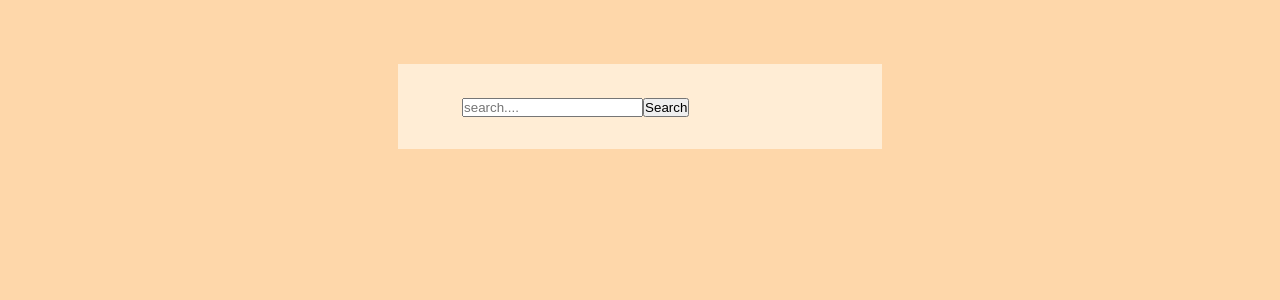
Repository: sandipkarmokar/recipeApp
Page: /
The author's editor kept a copy of each file at every save. The page is drawn from the files as they stood at one save, then again after the next save.
The browser window is 1280 px wide. The pictures show the whole page.
The project was rebuilt for these pictures with package versions that can differ from the ones it lists, and the page was loaded fresh each time.

Above is the page before, as saved 2022-04-15 16:46:41.

### src/App.js
import { useEffect, useStata, useState } from 'react';
import ListView from './components/listView';
import SearchBar from './components/searchBar';
import './App.css';

function App() {
    const [query, setQuery] = useState('');
    const [isLoading, setIsLoading] = useState(true);
    const [recipeIngredients, setRecipeIngredients] = useState([]);
    const [recipeList, setRecipeList] = useState([]);
    const [recipeId, setRecipeId] = useState();
    const [recipe, setRecipe] = useState([]);

    const url = `https://forkify-api.herokuapp.com/api/search?q=${query}`;
    const urlRecipe = `https://forkify-api.herokuapp.com/api/get?rId=${recipeId}`;

    const fetchData = async (e) => {
        e.preventDefault();
        try {
            const response = await fetch(url);
            const data = await response.json();
            setRecipeList(data.recipes);
            setIsLoading(false);
            setQuery('');
        } catch (error) {
            console.log(error);
        }
    };

    const fetchRecipe = async () => {
        try {
            const response = await fetch(urlRecipe);
            const data = await response.json();
            setRecipe(data);
            console.log(recipe, recipeId);
        } catch (error) {
            console.log(error);
        }
    };
    return (
        <div className="app">
            <div className="app-container">
                <SearchBar
                    query={query}
                    setQuery={setQuery}
                    fetchData={fetchData}
                ></SearchBar>
                <ListView
                    recipeList={recipeList}
                    setRecipeId={setRecipeId}
                    fetchRecipe={fetchRecipe}
                ></ListView>
            </div>
        </div>
    );
}

export default App;

### src/components/listView.js
import React from 'react';

const ListView = ({ recipeList, setRecipeId, fetchRecipe }) => {
    console.log(recipeList);
    const handleRecipe = (id) => {
        let numberId = parseInt(id);
        console.log(typeof numberId);
        setRecipeId(id);
        fetchRecipe();
    };

    return (
        <div className="recipeList">
            <div className="recipeList-container">
                {recipeList.map((el) => {
                    console.log(typeof el.recipe_id);
                    return (
                        <>
                            <p>{el.title}</p>
                            <img src={el.image_url} alt="" />
                            <p>{el.recipe_id}</p>
                            <p
                                onClick={() => {
                                    handleRecipe(el.recipe_id);
                                }}
                            >
                                Know More
                            </p>
                        </>
                    );
                })}
            </div>
        </div>
    );
};

export default ListView;

### src/components/searchBar.js
import React from 'react';

const SearchBar = ({ query, setQuery, fetchData }) => {
    return (
        <div className="searchBar">
            <div className="searchBar-container">
                {/* <div className="logo">FooD IT</div> */}
                <form onSubmit={fetchData} className="search">
                    <input
                        type="text"
                        placeholder="search...."
                        value={query}
                        onChange={(e) => setQuery(e.target.value)}
                    />
                    <button type="submit">Search</button>
                </form>
            </div>
        </div>
    );
};

export default SearchBar;

### src/App.css
* {
    margin: 0;
    padding: 0;
    box-sizing: border-box;
}

.app {
    height: 100vh;
    width: 100vw;
    background-color: #fed7aa;
    overflow: hidden;
    padding: 4rem;
}

.app .app-container {
    width: 70%;
    margin: 0 auto;
}
.app .app-container .searchBar {
    width: 60%;
    margin: 0 auto;
    background-color: #ffedd5;
}
.app .app-container .searchBar .searchBar-container {
    padding: 1rem 2rem;
    background-color: #ffedd5;
}
.app .app-container .searchBar .searchBar-container .search {
    padding: 1rem 2rem;
    background-color: #ffedd5;
}

Loaded but not shown: public/index.html (common file); src/index.js (common file); src/index.css (common file); src/reportWebVitals.js (common file)

After the next save:
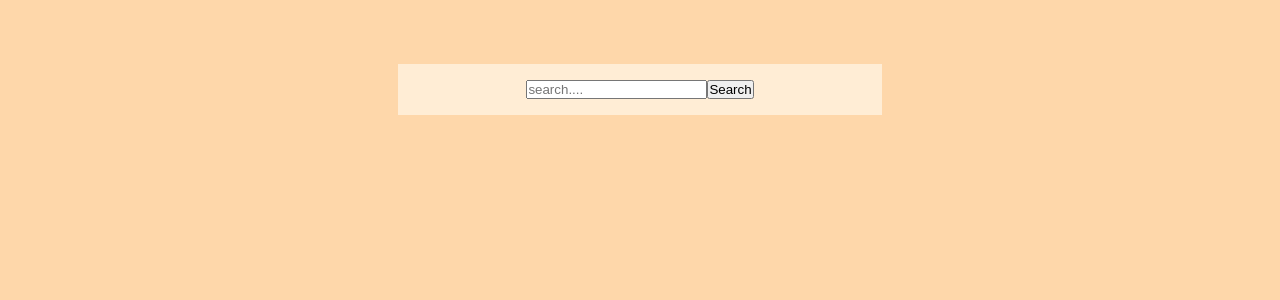
Saved 18 s later.
--- a/src/App.css
+++ b/src/App.css
@@ -26,6 +26,7 @@
     background-color: #ffedd5;
 }
 .app .app-container .searchBar .searchBar-container .search {
-    padding: 1rem 2rem;
-    background-color: #ffedd5;
+    display: flex;
+    align-items: center;
+    justify-content: center;
 }
